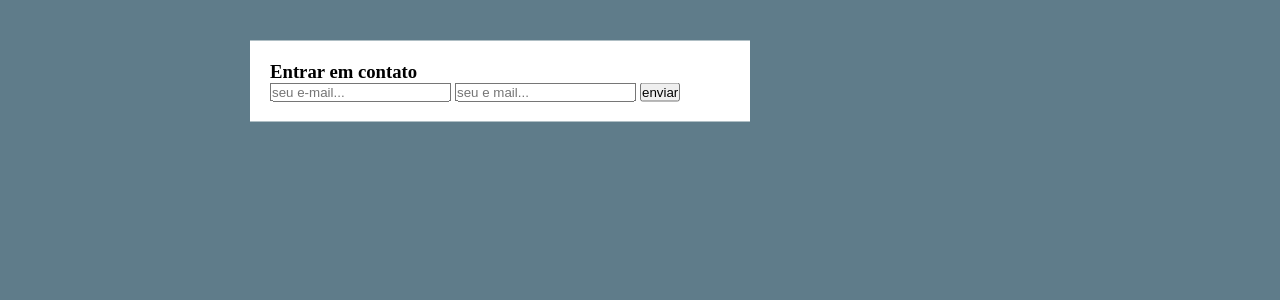
Repository: josceno/Sistema-para-controle-de-experimenta-o-animal
Page: index.html
An editor plug-in stored every save of this project. The page is shown before and after the next save, followed by the edit.
The browser window is 1280 px wide. The pictures show the whole page.

Above is the page before, as saved 2021-09-13 15:15:58.

After the next save:
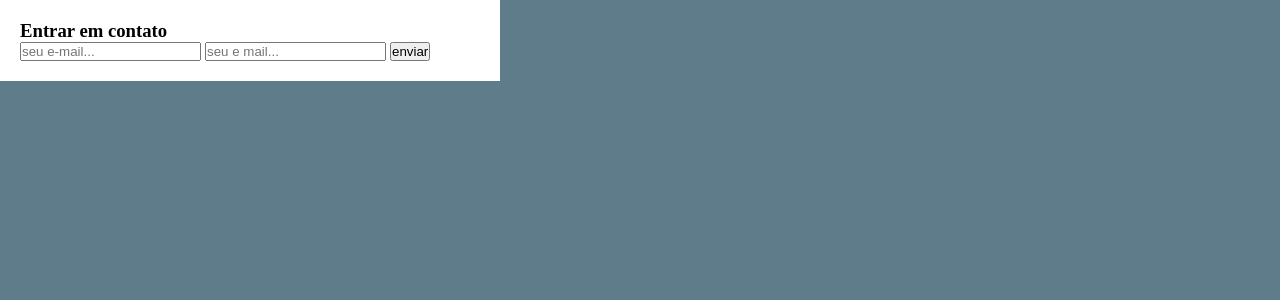
Saved 18 s later.
--- a/index.html
+++ b/index.html
@@ -17,7 +17,7 @@
             padding:20px;
             position:absolute;
 
-            transform: translate(50%,50%);
+            transform: translate(0%,0%);
         }
     </style>
 
